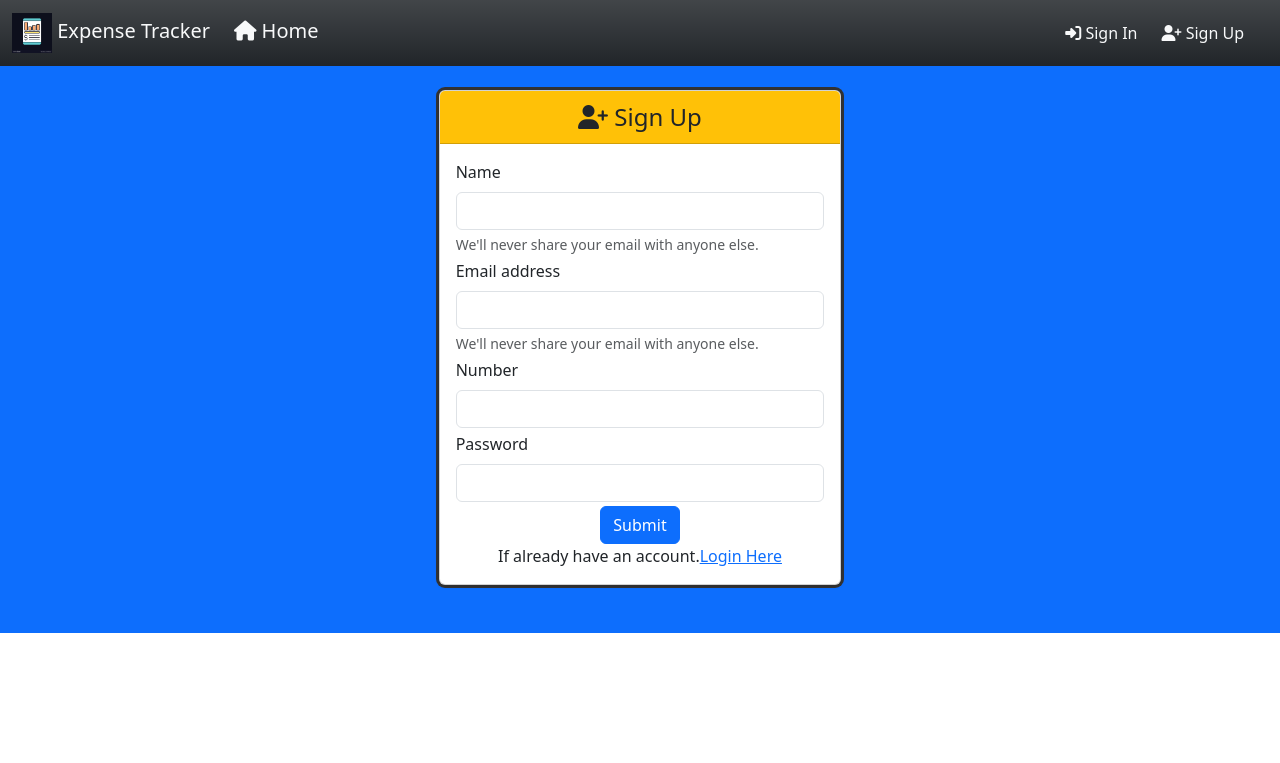
Repository: Gaurav560/OnlineExpenseTracker
Page: http://localhost/Online_Expense_Tracker/register.jsp
These files come from the project's save history. The page is drawn as it stood at one moment and after the next save; the edit follows.
The browser window is 1280 px wide. The pictures show the whole page.
The page is served by Tomcat 9.

Above is the page before, as saved 2023-05-04 15:27:03.

After the next save:
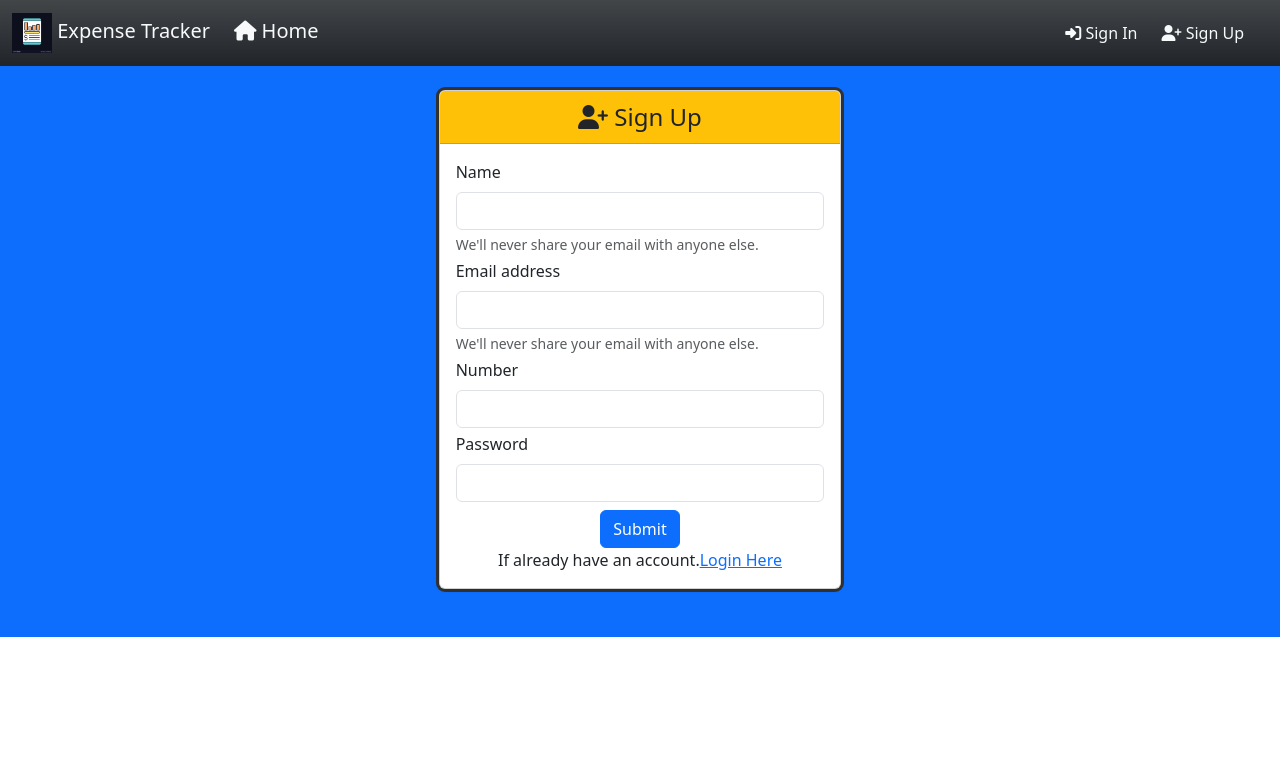
Saved 12 s later.
--- a/Online_Expense_Tracker/src/main/webapp/register.jsp
+++ b/Online_Expense_Tracker/src/main/webapp/register.jsp
@@ -50,7 +50,7 @@
 									id="exampleInputNumber1" aria-describedby="numberHelp">
 								<div id="numberHelp" class="form-text"></div>
 							</div>
-							<div class="mb-1">
+							<div class="mb-2">
 								<label for="exampleInputPassword1" class="form-label">Password</label>
 								<input type="password" class="form-control"
 									id="exampleInputPassword1">
